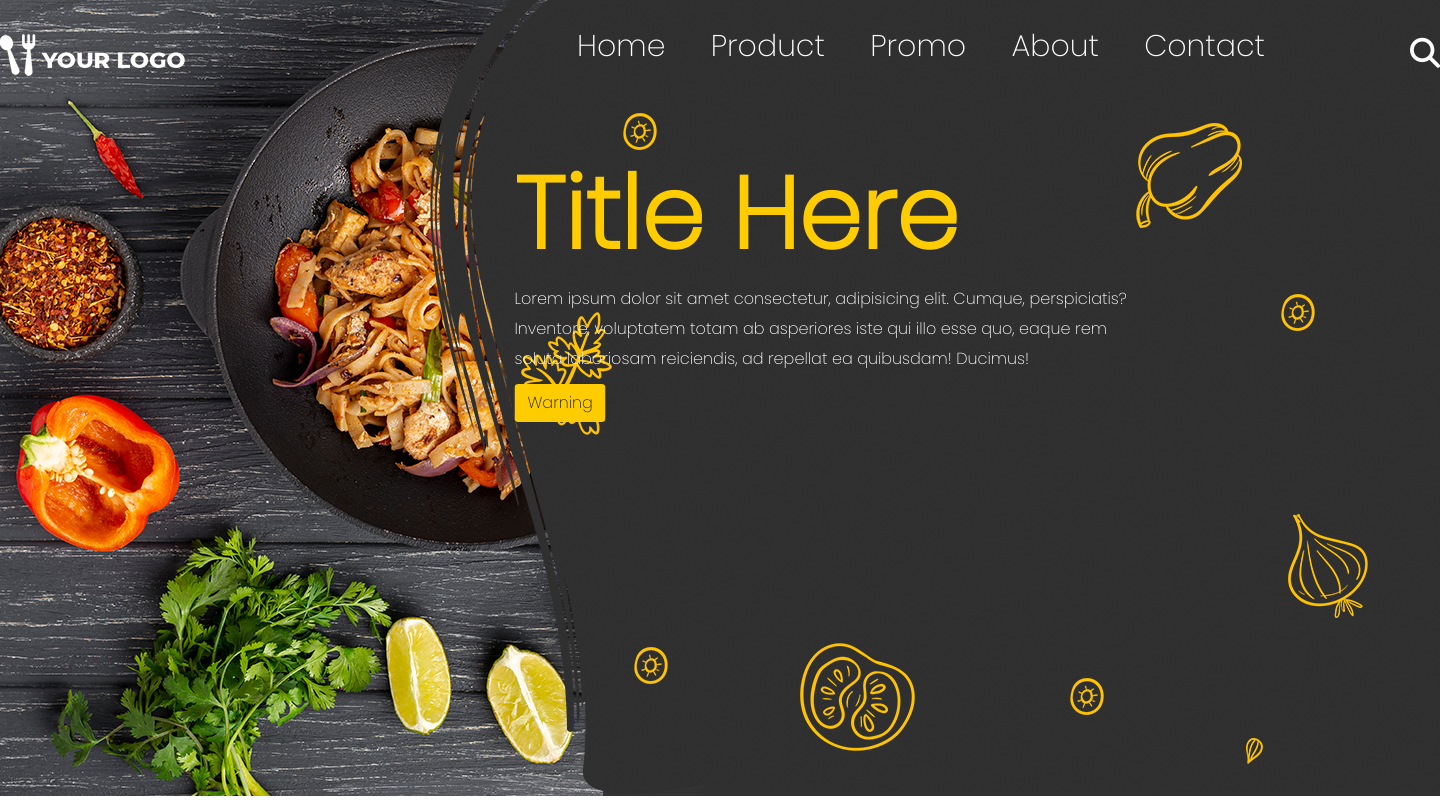
Repository: iphoneboy46/templateRestaurent
Page: index.html
An editor plug-in stored every save of this project. The page is shown before and after the next save, followed by the edit.
The browser window is 1280 px wide. The page is 1440 px wide, then 1280 px, then 1440 px, so the pictures cover 1440 px, including what lies to the right of the window. The pictures show the whole page.

Above is the page before, as saved 2022-10-12 15:02:13.

After the next save:
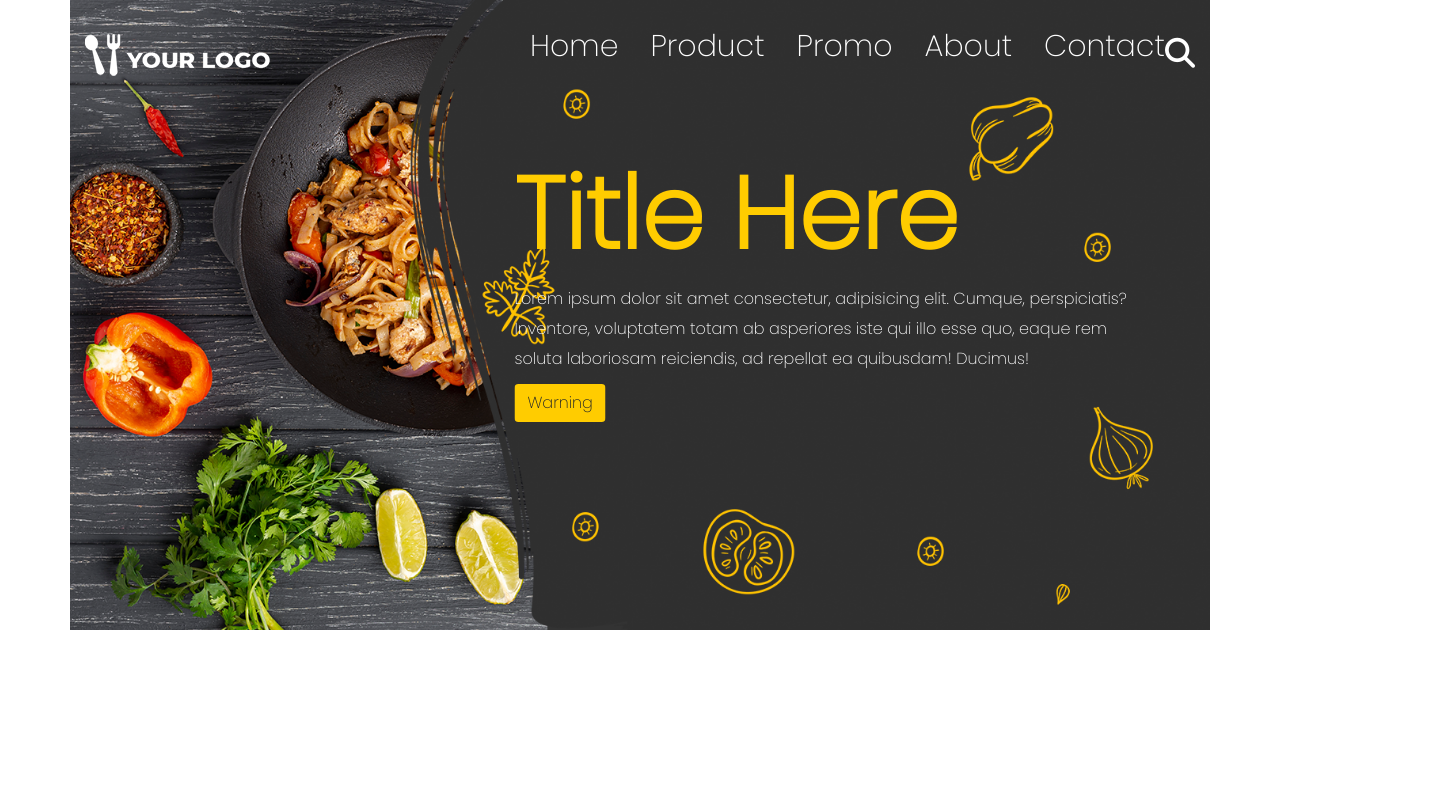
Saved 7 s later.
--- a/index.html
+++ b/index.html
@@ -24,7 +24,7 @@
 </head>
 
 <body>
-    <header class="header">
+    <header class="header container">
         <nav class="menu__list pt-3">
            <div class="logo">
                 <a class="navbar-brand">

After the save that followed:
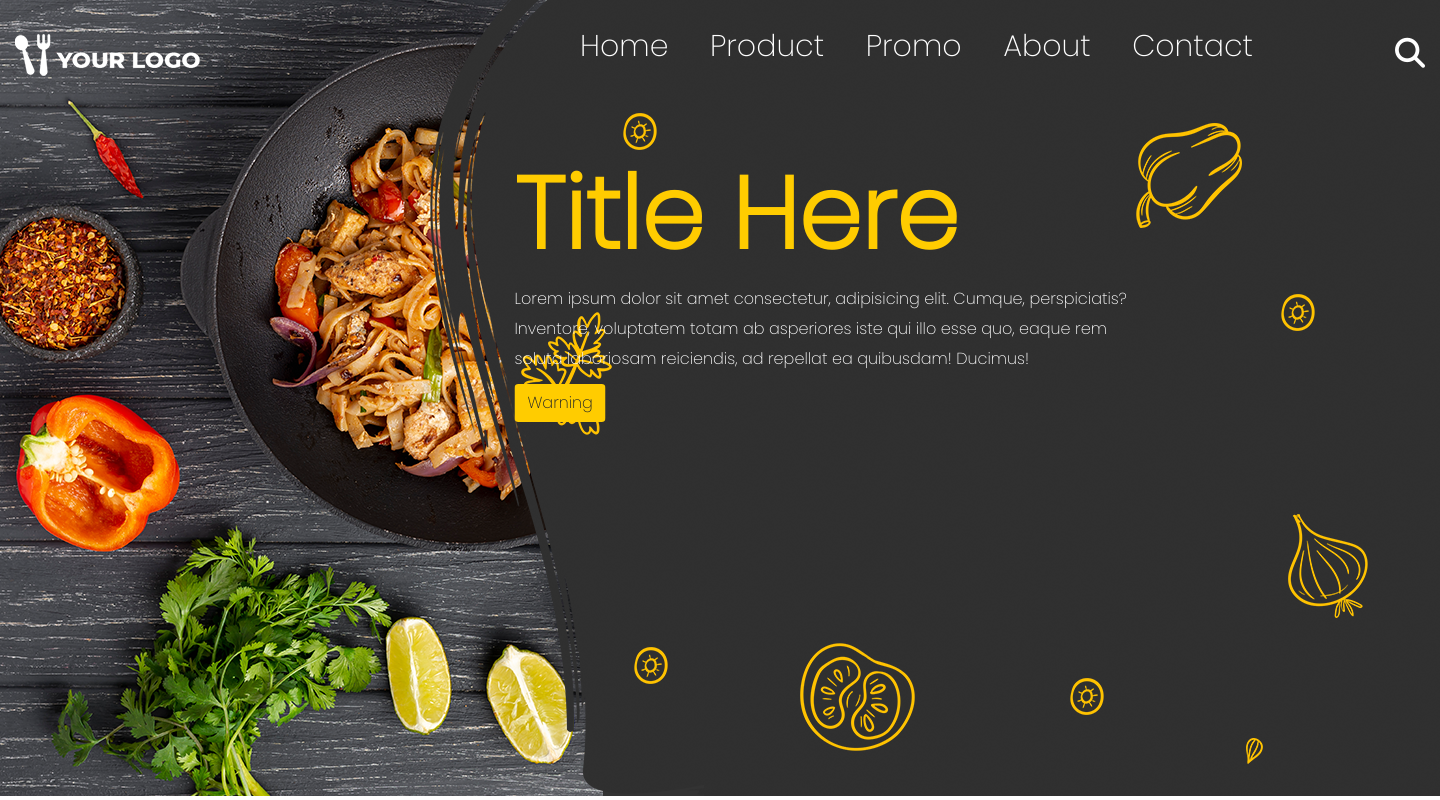
Saved 5 s later.
--- a/index.html
+++ b/index.html
@@ -24,7 +24,7 @@
 </head>
 
 <body>
-    <header class="header container">
+    <header class="header container-fluid">
         <nav class="menu__list pt-3">
            <div class="logo">
                 <a class="navbar-brand">
